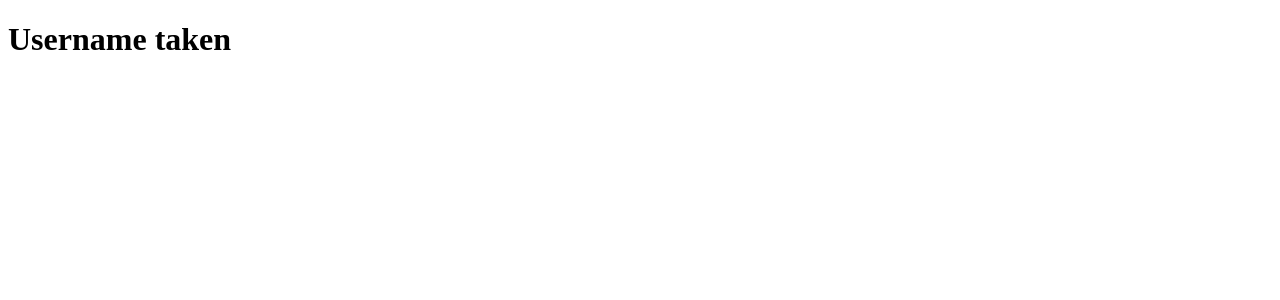
Repository: jzhang4/108-quizlet
Page: http://localhost/Quizlet/username-taken.jsp
These files come from the project's save history. The page is drawn as it stood at one moment and after the next save; the edit follows.
The browser window is 1280 px wide. The pictures show the whole page.
The page is served by Tomcat 9. Nobody is signed in. The application's start-up code is not run. Other server files are loaded and not shown.

Above is the page before, as saved 2016-03-02 03:11:09.

### Quizlet/WebContent/username-taken.jsp
<%@ page language="java" contentType="text/html; charset=UTF-8"
    pageEncoding="UTF-8"%>
<!DOCTYPE html PUBLIC "-//W3C//DTD HTML 4.01 Transitional//EN" "http://www.w3.org/TR/html4/loose.dtd">
<html>
<head>
<meta http-equiv="Content-Type" content="text/html; charset=UTF-8">
<title>Insert title here</title>
</head>
<body>
<h1>Username taken</h1>
</body>
</html>

After the next save:
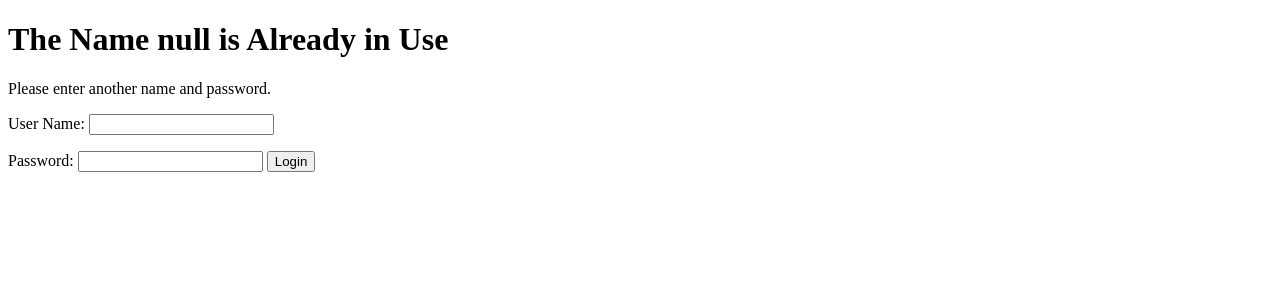
Saved 64 s later.
--- a/Quizlet/WebContent/username-taken.jsp
+++ b/Quizlet/WebContent/username-taken.jsp
@@ -1,12 +1,21 @@
-<%@ page language="java" contentType="text/html; charset=UTF-8"
-    pageEncoding="UTF-8"%>
+<%@ page language="java" contentType="text/html; charset=ISO-8859-1"
+    pageEncoding="ISO-8859-1"%>
 <!DOCTYPE html PUBLIC "-//W3C//DTD HTML 4.01 Transitional//EN" "http://www.w3.org/TR/html4/loose.dtd">
 <html>
 <head>
-<meta http-equiv="Content-Type" content="text/html; charset=UTF-8">
-<title>Insert title here</title>
+<meta http-equiv="Content-Type" content="text/html; charset=ISO-8859-1">
+<title>Username Taken</title>
 </head>
 <body>
-<h1>Username taken</h1>
+<h1>The Name <%= request.getAttribute("user") %> is Already in Use</h1>
+
+<p>Please enter another name and password.</p>
+
+<form action="LoginServlet" method="post">
+<p>User Name: <input type="text" name="user" />
+<p>Password: <input type="text" name="password" />
+<input type="submit" value="Login"/></p>
+</form>
+
 </body>
 </html>
